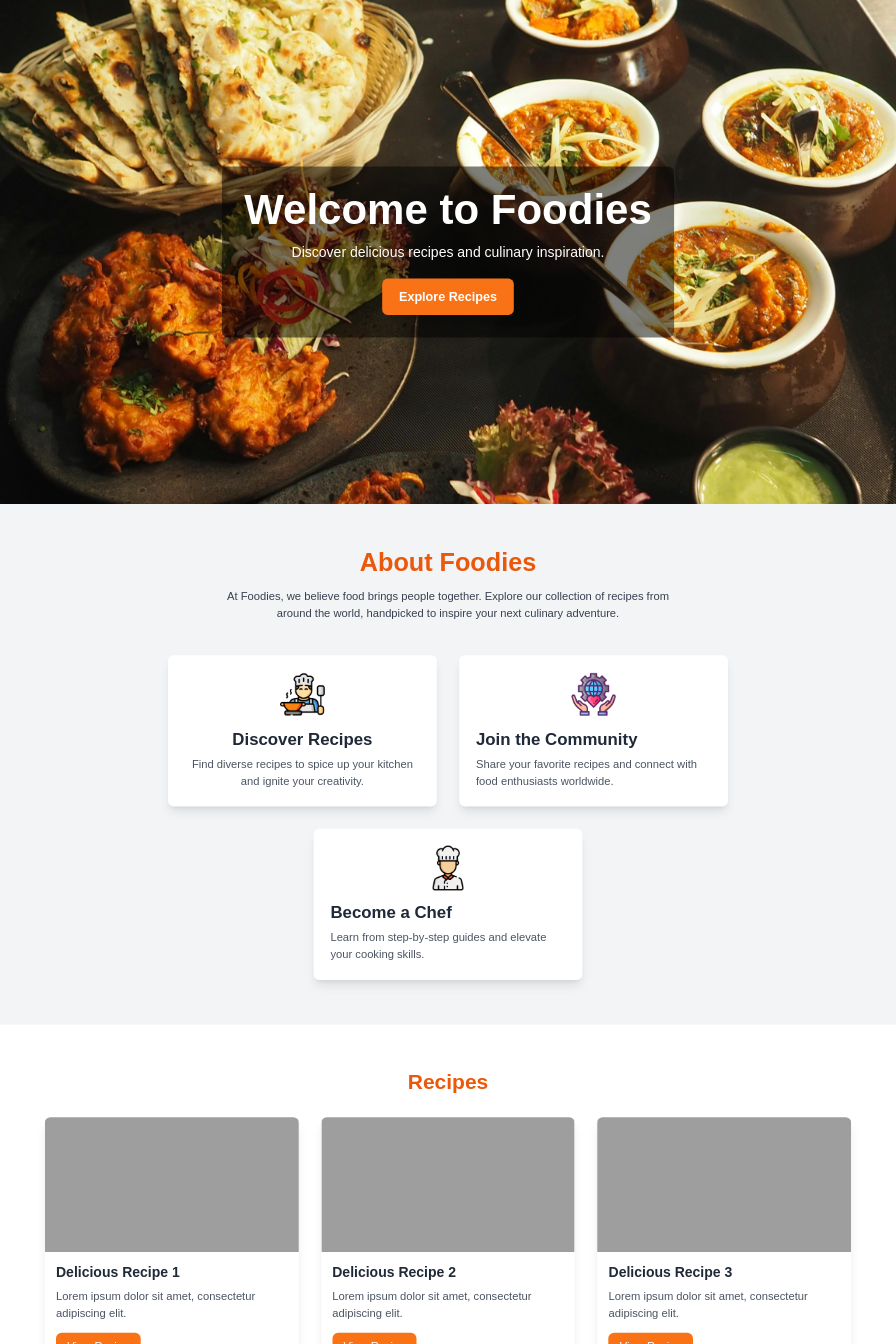
Repository: Ademaulana100499/foodies
Page: /Main
An editor plug-in stored every save of this project. The page is shown before and after the next save, followed by the edit.
The browser window is 1280 px wide. The pictures show the part of the page from y = 0 to 1920 px (the page is 2585 px tall), at 70% of full size.
Pictures or frames that could not be fetched are drawn as grey boxes. The project was rebuilt for these pictures with package versions that can differ from the ones it lists, and the page was loaded fresh each time. The framework's server and built-in components were replaced by stand-ins that run in the browser. Also part of the build but not shown: next.config.ts.

Above is the page before, as saved 2025-01-09 13:36:07.

After the next save:
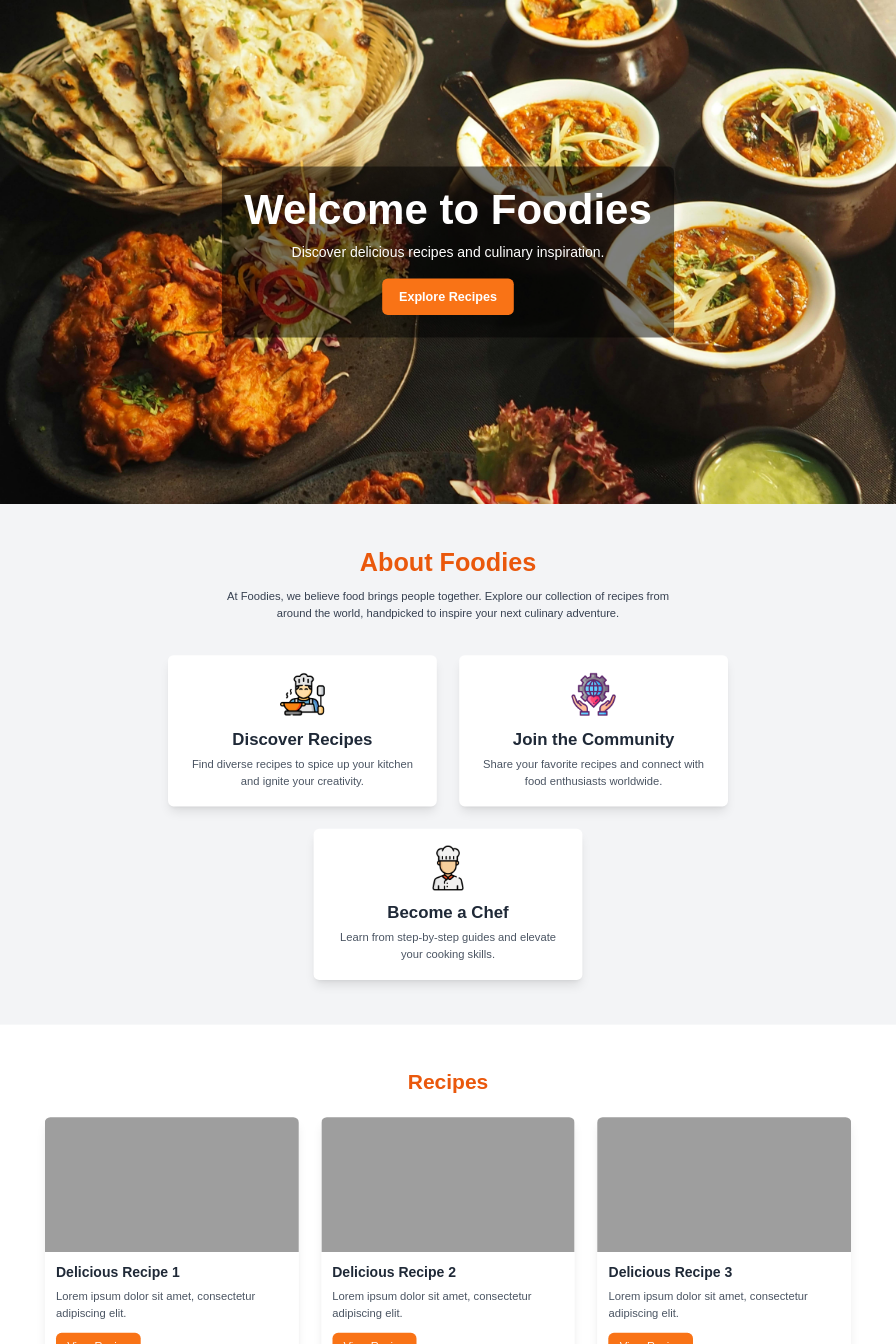
Saved 15 s later.
--- a/src/pages/Main/index.tsx
+++ b/src/pages/Main/index.tsx
@@ -29,8 +29,8 @@ const MainPage = () => {
             your next culinary adventure.
           </p>
         </div>
-        <div className="flex flex-wrap justify-center gap-8">
-          <div className="bg-white p-6 rounded-lg shadow-lg text-center max-w-sm w-full transform hover:scale-105 transition-transform duration-300">
+        <div className="flex flex-wrap justify-center gap-8 text-center">
+          <div className="bg-white p-6 rounded-lg shadow-lg  max-w-sm w-full transform hover:scale-105 transition-transform duration-300">
             <div className="flex justify-center mb-4">
               <img
                 src="/assets/cooking-icon.png"
